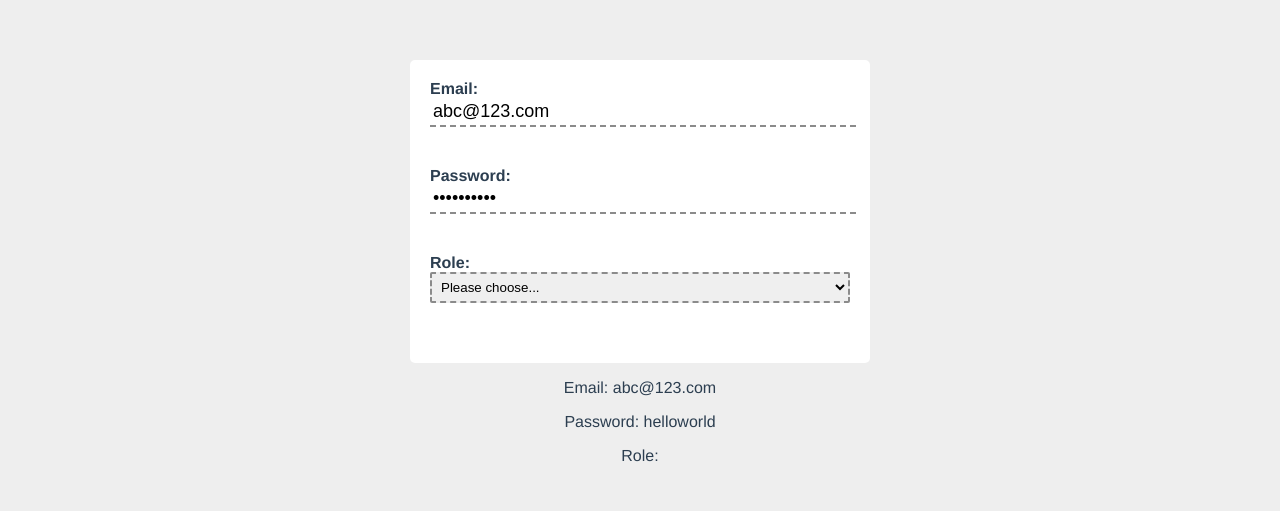
Repository: technogize/vue-forms
Page: /
An editor plug-in stored every save of this project. The page is shown before and after the next save, followed by the edit.
The browser window is 1280 px wide. The pictures show the whole page.
The project was rebuilt for these pictures with package versions that can differ from the ones it lists, and the page was loaded fresh each time.

Above is the page before, as saved 2021-02-26 14:26:15.

After the next save:
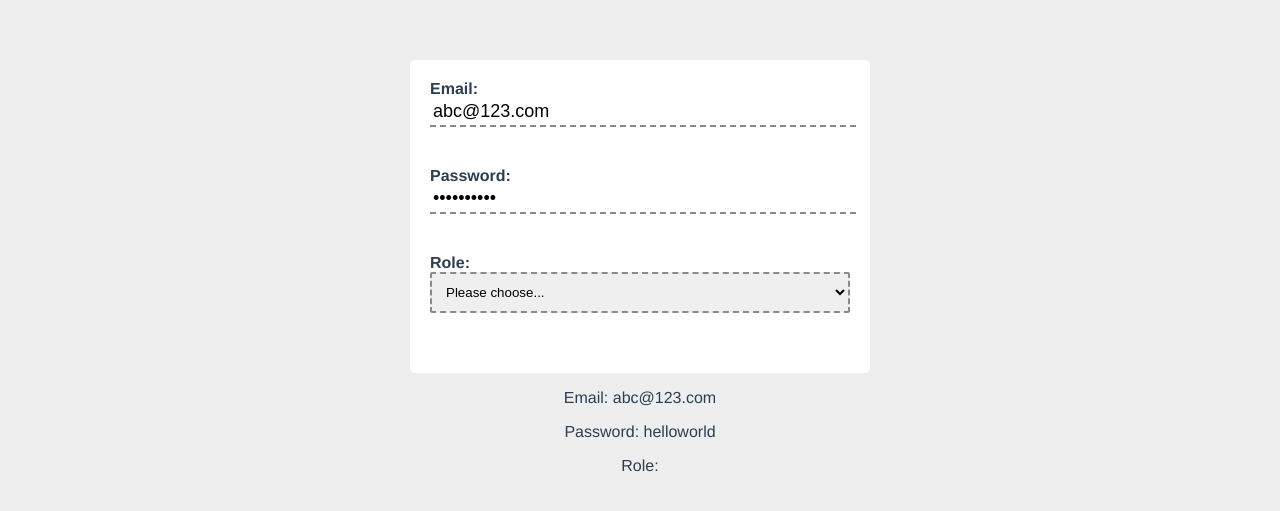
Saved 4 s later.
--- a/src/components/SignupForm.vue
+++ b/src/components/SignupForm.vue
@@ -68,7 +68,7 @@ export default {
   select {
     border: 2px dashed rgb(139, 139, 139);
     border-radius: 2px;
-    padding: 5px;
+    padding: 10px;
     width: 100%;
   }
 
